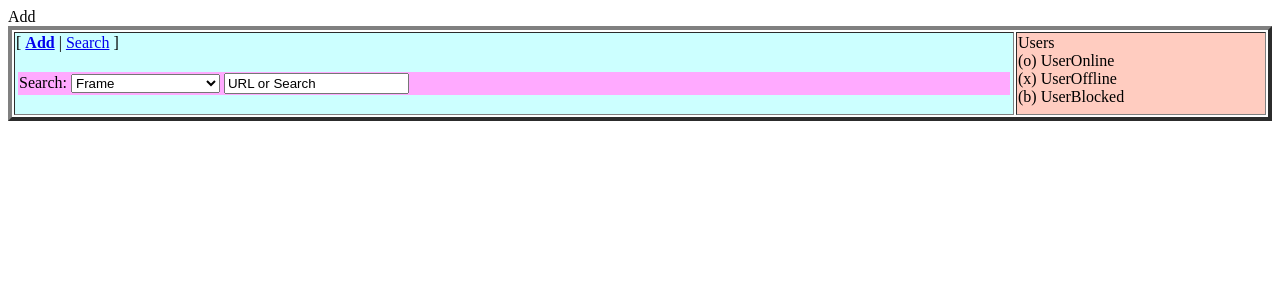
Repository: nevinleiby/SwapRC
Page: add_interface.html
These files come from the project's save history. The page is drawn as it stood at one moment and after the next save; the edit follows.
The browser window is 1280 px wide. The pictures show the whole page.

Above is the page before, as saved 2019-09-08 01:36:37.

### add_interface.html
<html>
    <title>
        Swap RC
    </title>
    <body>
            Add
            <br>
            <table border=4 width=100%>
                <tr border=4>
                    <td width = 80% border=2 bgcolor="#ccffff" valign=top>
                        [
                        <b><a href="./add_interface.html">Add</a></b> |
                        <a href="./search_interface.html">Search</a>
                        ]
                        <form>
                        <br>
                        <table width=100%>
                            <tr>
                                <td valign=top bgcolor="#ffaaff">
                                    Search:
                                    <select name="category">
                                            <option value = "frame">Frame</option>
                                            <option value = "fc">Flight Controller</option>
                                            <option value = "esc">ESC</option>
                                            <option value = "motor">Motors</option>
                                            <option value = "propeller">Propeller</option>
                                            <option value = "fpv_camera">FPV Camera</option>
                                            <option value = "transmitter">Transmitter</option>
                                            <option value = "antenna">Antenna</option>
                                            <option value = "vtx">VTX</option>
                                            <option value = "receiver">Receiver</option>
                                            <option value = "battery">Battery</option>
                                            <option value = "pdb">PDB</option>
                                            <option value = "hardware">Hardware</option>
                                            <option value = "3d_print">3D Prints</option>
                                            <option value = "goggles">FPV Goggles</option>
                                            <option value = "video_monitors">FPV Video Monitors</option>
                                            <option value = "video_receivers">FPV Video Receivers</option>
                                            <option value = "swag">Swag</option>
                                    </select>
                                    <input type=text name="Name" value = "URL or Search" >


                                </td>

                            </tr>
                        </table>
                        </form>

                    </td>
                    <td border=2 bgcolor="ffccccc" valign=top>
                        Users
                        <br>
                        (o) UserOnline<br>
                        (x) UserOffline<br>
                        (b) UserBlocked<br>
                    </td>
                </tr>
            </table>
    </body>

</html>

After the next save:
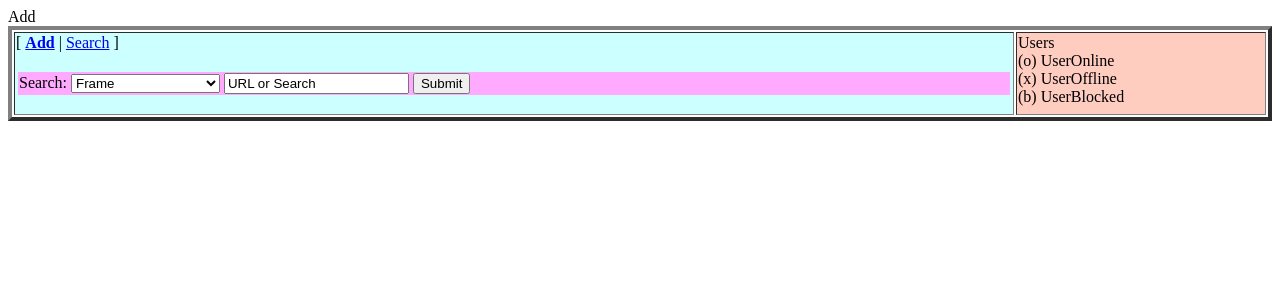
Saved 20 s later.
--- a/add_interface.html
+++ b/add_interface.html
@@ -39,6 +39,7 @@
                                             <option value = "swag">Swag</option>
                                     </select>
                                     <input type=text name="Name" value = "URL or Search" >
+                                    <input type=submit name="submit">
 
 
                                 </td>
